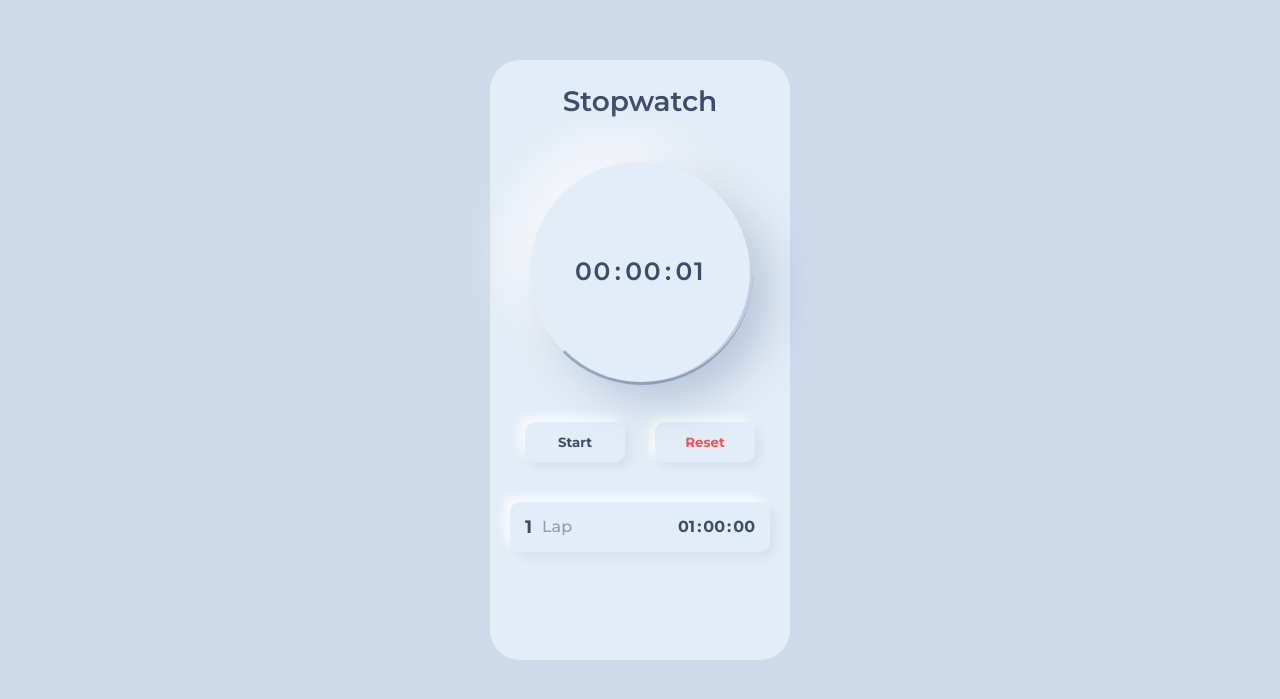
Repository: dinhtri123/stopwatch
Page: index.html
These files come from the project's save history. The page is drawn as it stood at one moment and after a run of saves; the edit follows.
The browser window is 1280 px wide. The pictures show the whole page.
After loading, the first visible `button.btn-start` was clicked once.

Above is the page before, as saved 2023-01-04 15:27:11.

### index.html
<!DOCTYPE html>
<html lang="en">
  <head>
    <meta charset="UTF-8" />
    <meta http-equiv="X-UA-Compatible" content="IE=edge" />
    <meta name="viewport" content="width=device-width, initial-scale=1.0" />
    <title>Stop Watch</title>
    <link rel="stylesheet" href="style.css" />
  </head>
  <body>
    <div class="wrapper">
      <h3>Stopwatch</h3>
      <div class="timer">
        <p class="hours">00</p>
        <span>:</span>
        <p class="minutes">00</p>
        <span>:</span>
        <p class="seconds">00</p>
      </div>
      <div class="btn">
        <button class="btn-start">Start</button>
        <button class="btn-reset">Reset</button>
      </div>
      <div class="history">
        <div class="lap">
          <div class="number-lap">
            <p>1</p>
            <span>Lap</span>
          </div>
          <div class="timer-lap">
            <p>01</p>
            <span>:</span>
            <p>00</p>
            <span>:</span>
            <p>00</p>
          </div>
        </div>
      </div>
    </div>
  </body>
  <script src="index.js"></script>
</html>

### style.css
@import url("https://fonts.googleapis.com/css2?family=Montserrat:wght@400;500;600;700&display=swap");
* {
  margin: 0;
  padding: 0;
  box-sizing: border-box;
  font-family: "Montserrat", sans-serif;
}
body {
  width: 100%;
  min-height: 100vh;
  height: 100%;
  font-size: 16px;
  line-height: 1.5;
  font-weight: 400;
  background-color: #cddbeb;
  display: flex;
  justify-content: center;
  align-items: center;
}
.wrapper {
  width: 300px;
  height: 600px;
  border-radius: 30px;
  background: #e3edf7;
  padding: 20px;
  display: flex;
  flex-direction: column;
  justify-content: flex-start;
  align-items: center;
  gap: 40px;
}
h3 {
  font-size: 28px;
  color: #3c4c6b;
  text-align: center;
  font-weight: 600;
}
.timer {
  background-color: #e3edf7;
  width: 220px;
  height: 220px;
  border-radius: 50%;
  display: flex;
  justify-content: center;
  align-items: center;
  gap: 3px;
  box-shadow: 20px 20px 45px #6a80a85d, -20px -20px 45px #fbfbfbd9;
  font-size: 25px;
  font-weight: 600;
  color: #3c4c6b;
  letter-spacing: 1.5px;
  position: relative;
}
.timer::before {
  content: "";
  position: absolute;
  inset: 0;
  width: 220px;
  height: 220px;
  border-radius: 50%;
  border-top: 3px solid #6a80a899;
  border-right: 3px solid transparent;
  animation: during 1s linear infinite;
}
@keyframes during {
  to {
    transform: rotate(360deg);
  }
}

.btn {
  width: 100%;
  display: flex;
  justify-content: space-around;
}
button {
  background-color: #e3edf7;
  border: none;
  outline: none;
  border-radius: 10px;
  width: 100px;
  height: 40px;
  font-weight: 700;
  color: #3c4c6b;
  box-shadow: 5px 5px 10px #6a80a81e, -5px -5px 10px #fbfbfb;
  cursor: pointer;
}
.btn-reset {
  color: #eb5757;
}

.history {
  width: 100%;
  display: flex;
  flex-direction: column;
  gap: 20px;
}
.lap {
  width: 100%;
  height: 50px;
  background-color: #e3edf7;
  border-radius: 10px;
  box-shadow: 5px 5px 10px #6a80a81e, -5px -5px 10px #fbfbfb;
  display: flex;
  justify-content: space-between;
  align-items: center;
  padding: 10px 15px;
}
.number-lap {
  display: flex;
  align-items: center;
  gap: 10px;
}
.number-lap > p {
  font-size: 18px;
  font-weight: 700;
  color: #3c4c6b;
}
.number-lap > span {
  font-weight: 500;
  color: #8c9bb2;
}
.timer-lap {
  display: flex;
  gap: 2px;
  color:#3c4c6b;
  font-weight: 700;
  letter-spacing: 1.5;
}

### index.js
const btnStart = document.querySelector(".btn-start");
const seconds = document.querySelector(".seconds");
const minutes = document.querySelector(".minutes");
const hours = document.querySelector(".hours");

btnStart.addEventListener("click", function () {
  let number = 1;
  let timer = setInterval(() => {
    let text = number < 10 ? `0${number++}` : `${number++}`;
    seconds.textContent = text;
    if (number >= 60) {
      number = 0;
      seconds.textContent = text;
    }

  }, 1000);
});

After the next 2 saves:
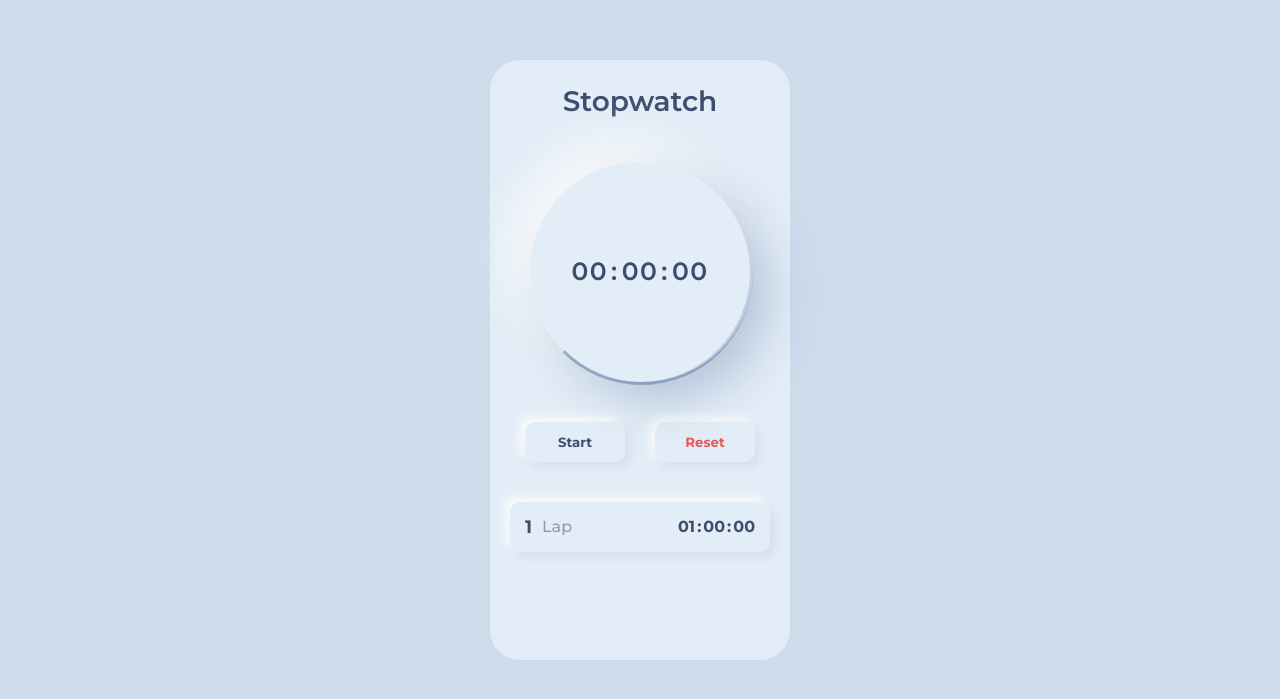
Console error: ReferenceError: number is not defined
The 2 saves are shown as one change because they came seconds apart.
The last was saved 46 s later.
--- a/index.js
+++ b/index.js
@@ -4,7 +4,7 @@
 const hours = document.querySelector(".hours");
 
 btnStart.addEventListener("click", function () {
-  let number = 1;
+  let timerSeconds = 1;
   let timer = setInterval(() => {
     let text = number < 10 ? `0${number++}` : `${number++}`;
     seconds.textContent = text;

After the 4 saves that followed:
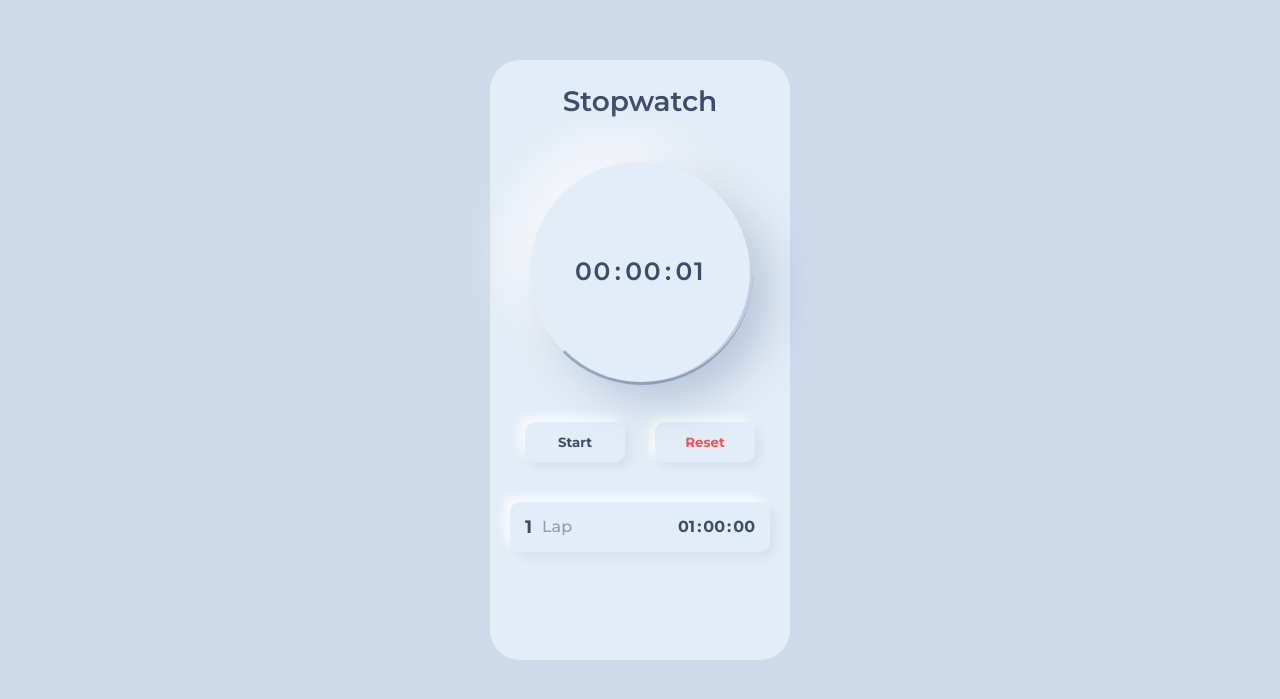
The error is gone.
The 4 saves are shown as one change because they came seconds apart.
The last was saved 10 s later.
--- a/index.js
+++ b/index.js
@@ -6,10 +6,10 @@
 btnStart.addEventListener("click", function () {
   let timerSeconds = 1;
   let timer = setInterval(() => {
-    let text = number < 10 ? `0${number++}` : `${number++}`;
+    let text = timerSeconds < 10 ? `0${timerSeconds++}` : `${timerSeconds++}`;
     seconds.textContent = text;
-    if (number >= 60) {
-      number = 0;
+    if (timerSeconds >= 60) {
+        timerSeconds = 0;
       seconds.textContent = text;
     }
 
